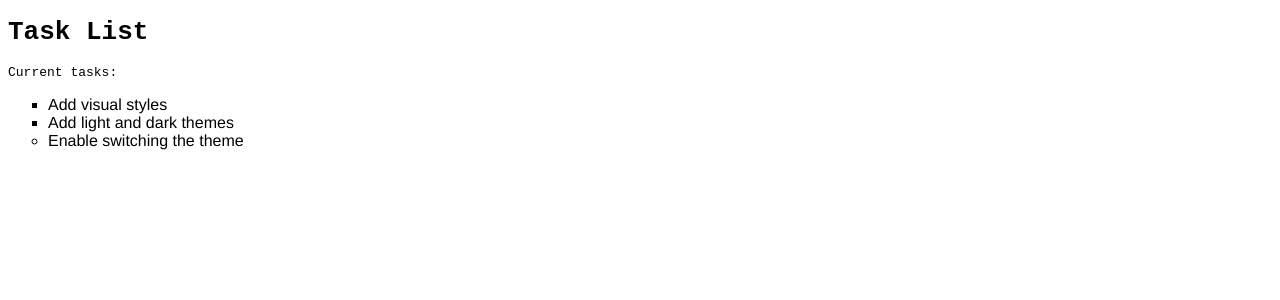
Repository: MaggieMengXingchen/Class-4
Page: index.html
An editor plug-in stored every save of this project. The page is shown before and after a run of saves, followed by the edit.
The browser window is 1280 px wide. The pictures show the whole page.

Above is the page before, as saved 2024-02-14 13:21:52.

### index.html
<!DOCTYPE html>
<html lang="en">
<head>
    <meta charset="UTF-8">
    <meta name="viewport" content="width=device-width, initial-scale=1.0">
    <title>Document</title>
    <Link rel="stylesheet" href="main.css">
</head>
<body>
    <h1>Task List</h1>
    <p id="msg">Current tasks:</p>
    <ul>
    <li class="list">Add visual styles</li>
    <li class="list">Add light and dark themes</li>
    <li>Enable switching the theme</li>
</ul>
</body>
</html>

### main.css
body {
font-family: monospace;
} ul {
font-family: helvetica;
}
li {
list-style: circle;
}
.list {
list-style: square;
}
#msg {
font-family: monospace;
}
.light-theme {
color: #000000;
background: #c3115e;
}

After the next 2 saves:
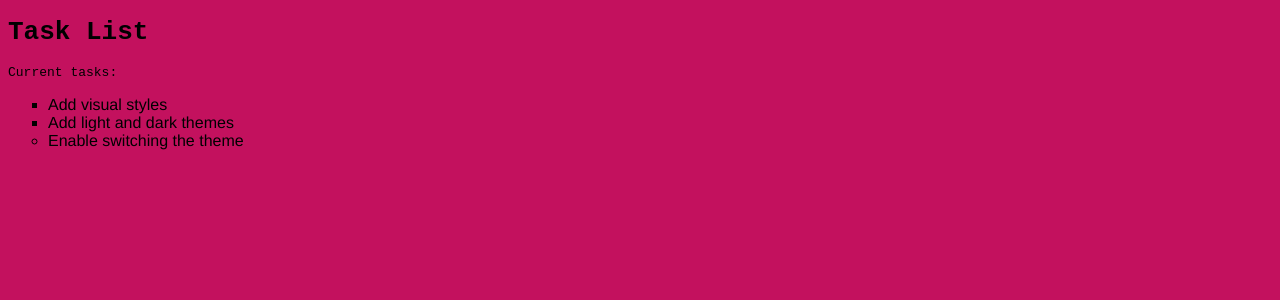
The 2 saves are shown as one change because they came seconds apart.
The last was saved 63 s later.
--- a/index.html
+++ b/index.html
@@ -13,6 +13,7 @@
     <li class="list">Add visual styles</li>
     <li class="list">Add light and dark themes</li>
     <li>Enable switching the theme</li>
+    <body class="light-theme"></body>
 </ul>
 </body>
 </html>

After the 2 saves that followed:
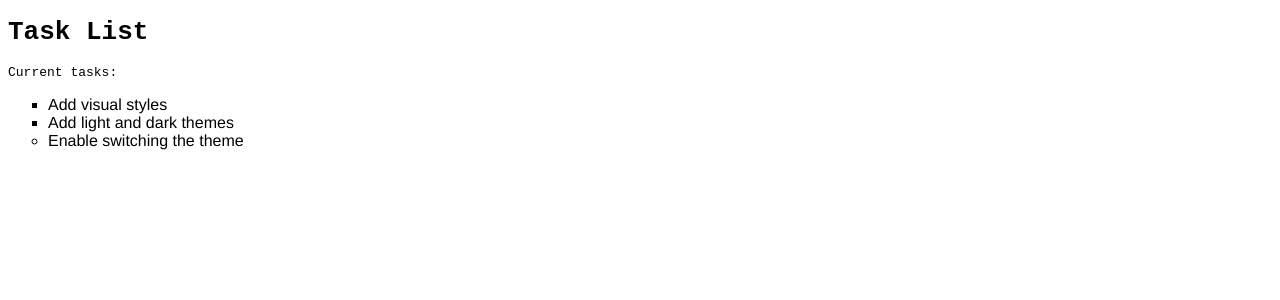
The 2 saves are shown as one change because they came seconds apart.
The last was saved 2 min 0 s later.
--- a/index.html
+++ b/index.html
@@ -7,13 +7,14 @@
     <Link rel="stylesheet" href="main.css">
 </head>
 <body>
+
     <h1>Task List</h1>
     <p id="msg">Current tasks:</p>
     <ul>
     <li class="list">Add visual styles</li>
     <li class="list">Add light and dark themes</li>
     <li>Enable switching the theme</li>
-    <body class="light-theme"></body>
+
 </ul>
 </body>
 </html>
